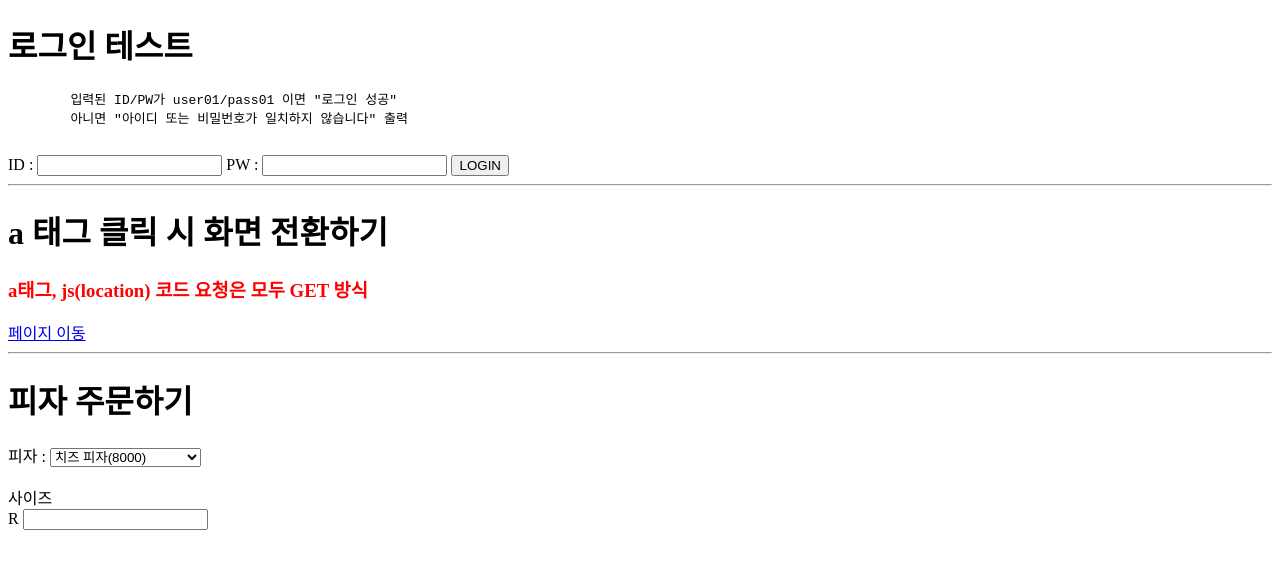
Repository: seungjoo1217/05_Server
Page: JSPProject1/src/main/webapp/index.html
An editor plug-in stored every save of this project. The page is shown before and after the next save, followed by the edit.
The browser window is 1280 px wide. The pictures show the whole page.

Above is the page before, as saved 2024-03-22 01:39:45.

### JSPProject1/src/main/webapp/index.html
<!DOCTYPE html>
<html lang="en">
<head>
    <meta charset="UTF-8">
    <meta name="viewport" content="width=device-width, initial-scale=1.0">
    <title>JSP Project1</title>
</head>
<body>
    <h1>로그인 테스트</h1>

    <pre>
        입력된 ID/PW가 user01/pass01 이면 "로그인 성공"
        아니면 "아이디 또는 비밀번호가 일치하지 않습니다" 출력
    </pre>

    <form action="/login" method="post">
        ID : <input type="text" name="id">
        PW : <input type="password" name="pw">
        <button>LOGIN</button>
    </form>

    <hr>

    <h1>a 태그 클릭 시 화면 전환하기</h1>

    <h3 style="color : red;">a태그, js(location) 코드 요청은 모두 GET 방식</h3>

    <a href="/test/result">페이지 이동</a>


	<hr>

	<h1>피자 주문하기</h1>

	<form action="/pizzaOrder" method="post">

		피자 :
		<select name="pizza">
			<option value ="1">치즈 피자(8000)</option>
			<option value ="2">콤비네이션 피자(9000)</option>
			<option value ="3">핫치킨 피자(10000)</option>
		</select>

		<br><br>

		사이즈 <br>
		<label>
			R <input>
		</label>
	</form>






</body>
</html>

After the next save:
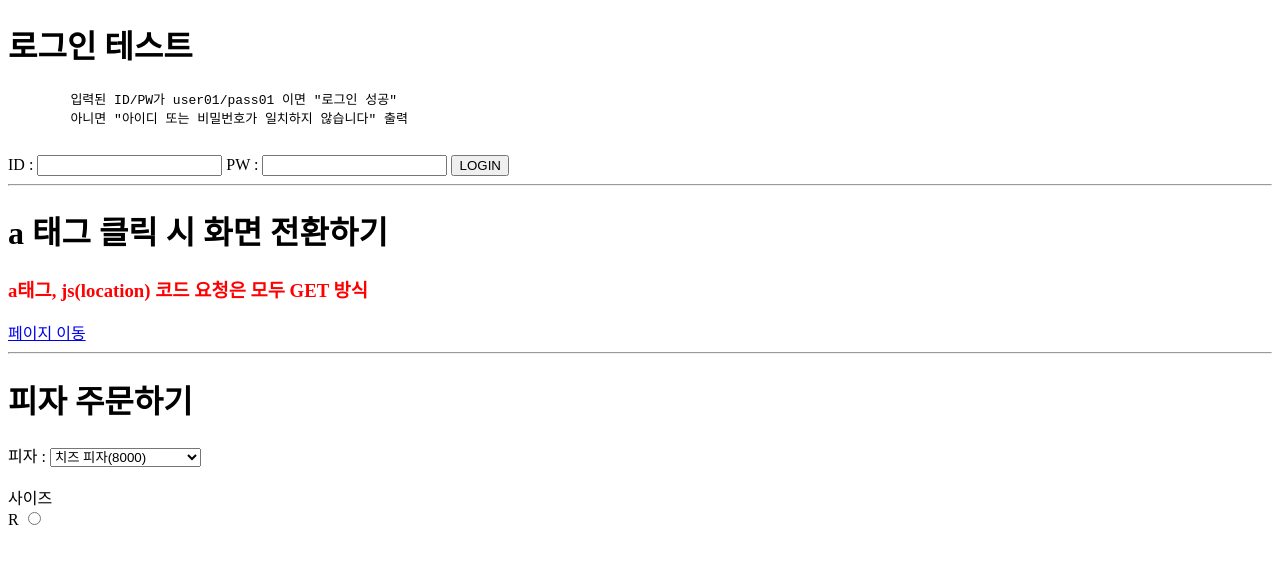
Saved 19 s later.
--- a/JSPProject1/src/main/webapp/index.html
+++ b/JSPProject1/src/main/webapp/index.html
@@ -45,7 +45,7 @@
 
 		사이즈 <br>
 		<label>
-			R <input>
+			R <input type="radio" name="size" value="R">
 		</label>
 	</form>
 
